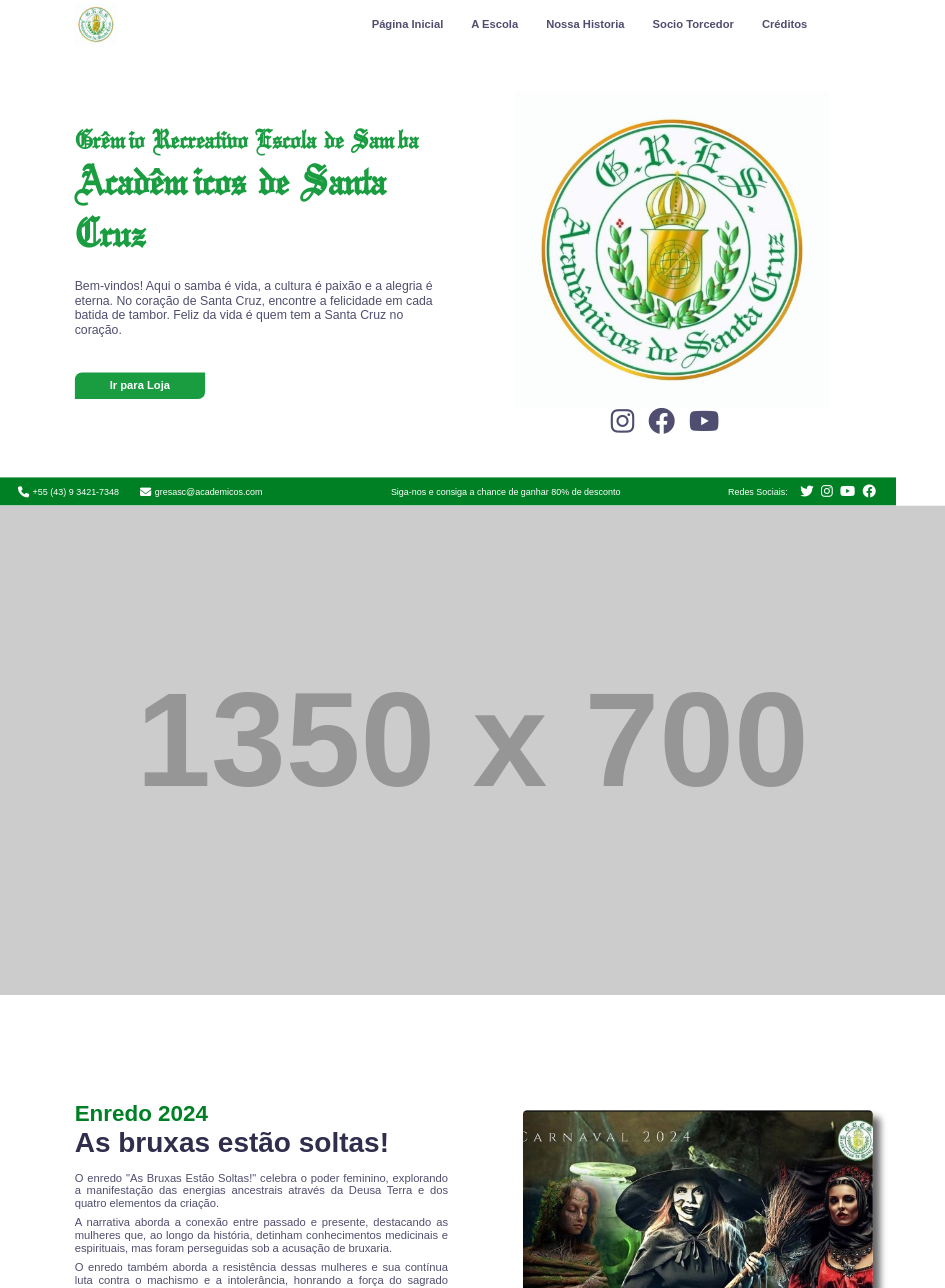
Repository: Lorsuz/gresasco
Page: index.html
These files come from the project's save history. The page is drawn as it stood at one moment and after a run of saves; the edit follows.
The browser window is 1280 px wide. The page is 1350 px wide, so the pictures cover 1350 px, including what lies to the right of the window. The pictures show the part of the page from y = 0 to 1840 px (the page is 4507 px tall before and 4525 px after), at 70% of full size.
Some web fonts or font styles are not loaded; a fallback is used. The style sheet was rebuilt from its Sass, Less or Tailwind sources for each picture, by a compiler version that may differ from the author's.

Above is the page before, as saved 2023-11-05 19:35:19.

### index.html
<!DOCTYPE html>
<html lang="en">
	<head>
		<meta charset="UTF-8">
		<meta name="viewport" content="width=device-width, initial-scale=1.0">
		<link rel="shortcut icon" href="/components/assets/images/logo - gresasc.jpg" type="image/x-icon">
		<title>Home</title>
		<link rel="stylesheet" href="/components/css/partials/header.css">
		<link rel="stylesheet" href="/components/css/index.css">
		<link rel="stylesheet" href="/components/css/partials/footer.css">
		<link rel="stylesheet" href="https://cdnjs.cloudflare.com/ajax/libs/font-awesome/6.4.2/css/all.min.css" integrity="sha512-z3gLpd7yknf1YoNbCzqRKc4qyor8gaKU1qmn+CShxbuBusANI9QpRohGBreCFkKxLhei6S9CQXFEbbKuqLg0DA==" crossorigin="anonymous" referrerpolicy="no-referrer" />
		<link rel="stylesheet" href="https://cdn.jsdelivr.net/npm/swiper@11/swiper-bundle.min.css" />
		<link rel="stylesheet" href="https://cdn.jsdelivr.net/npm/bootstrap-icons@1.11.1/font/bootstrap-icons.css">
	</head>
	<body>
		<header class="wrapper">
			<article class="nav-bar wrapper__container">
				<section class="logo">
					<img src="/components/assets/images/logo - gresasc.jpg" alt="">
				</section>
				<nav>
					<ul>
						<li><a href="#">Página Inicial</a></li>
						<li><a href="#">A Escola</a></li>
						<li><a href="#">Nossa Historia</a></li>
						<li><a href="#">Socio Torcedor</a></li>
						<li><a href="#">Créditos</a></li>
					</ul>
				</nav>
			</article>
		</header>
		<main class="">
			<section class="cover wrapper">
				<div class="wrapper__container">
					<div class="left">
						<div class="container">
							<h2>Grêmio Recreativo Escola de Samba</h2>
							<h1>Acadêmicos de Santa Cruz</h1>
							<p>Bem-vindos! Aqui o samba é vida, a cultura é paixão e a alegria é eterna. No coração de Santa Cruz,
								encontre a felicidade em cada batida de tambor. Feliz da vida é quem tem a Santa Cruz no coração.</p>
							<a href="/components/pages/not-found.html">Ir para Loja</a>
						</div>
					</div>
					<div class="right">
						<div class="img">
							<img src="/components/assets/images/logo - gresasc.jpg" alt="">
						</div>
						<ul class="social-links">
							<li>
								<a href="">
									<i class="fa-brands fa-instagram"></i>
								</a>
							</li>
							<li>
								<a href="">
									<i class="fa-brands fa-facebook"></i>
								</a>
							</li>
							<li>
								<a href="">
									<i class="fa-brands fa-youtube"></i>
								</a>
							</li>
							<li>
								<a href="">
									<i class="fa-brands fa-x-twitter"></i>
								</a>
							</li>
						</ul>
					</div>
				</div>
			</section>
			<article class="nav-info">
				<section class="contact">
					<div>
						<i class="fa-solid fa-phone"></i>
						<span>+55 (43) 9 3421-7348</span>
					</div>
					<div>
						<i class="fa-solid fa-envelope"></i>
						<span>gresasc@academicos.com</span>
					</div>
				</section>
				<p>Siga-nos e consiga a chance de ganhar 80% de desconto</p>
				<section class="social-network">
					<span>Redes Sociais:</span>
					<div>
						<a href=""><i class="fa-brands fa-twitter"></i></a>
						<a href=""><i class="fa-brands fa-instagram"></i></a>
						<a href=""><i class="fa-brands fa-youtube"></i></a>
						<a href=""><i class="fa-brands fa-facebook"></i></a>
					</div>
				</section>
			</article>
			<section class="banner">
				<div class="slides">
				</div>
				<div class="prev"></div>
				<div class="next"></div>
				<div class="pagination"></div>
				<div class="img"><img src="https://placehold.co/1350x700" alt=""></div>
			</section>
			<section class="plot wrapper">
				<div class="description">
					<h2>Enredo 2024</h2>
					<h1>As bruxas estão soltas!</h1>
					<p>O enredo "As Bruxas Estão Soltas!" celebra o poder feminino, explorando a manifestação das energias
						ancestrais através da Deusa Terra e dos quatro elementos da criação.
					</p>
					<p> A narrativa aborda a conexão entre passado e presente, destacando as mulheres que, ao longo da
						história,
						detinham conhecimentos medicinais e
						espirituais, mas foram perseguidas sob a acusação de bruxaria.
					</p>
					<p>O enredo também aborda a resistência dessas
						mulheres e sua contínua luta contra o machismo e a intolerância, honrando a força do sagrado feminino e
						a
						capacidade de voar além dos limites impostos, como estrelas brilhantes no céu.</p>
					<span>Iae, gostou? Para ter acesso a nossa sinopse completa basta baixar o PDF a baixo:</span>
					<button class="custom-button">Baixar Sinopse</button>
				</div>
				<div class="disc-cover">
					<img src="/components/assets/images/Plot/plot-2024.jpeg" alt="Logo Enredo-2024">
					<div class="icons">
						<button id="play-song">
							<i class="bi bi-play"></i>
						</button>
						<button id="pause-song">
							<i class="bi bi-pause"></i>
						</button>
					</div>
				</div>
			</section>
			<section class="sponsors">
				<h1>Patrocinadores e Apoiadores</h1>
				<div class="swiper">
					<div class="swiper-wrapper"></div>
					<div class="swiper-pagination"></div>
				</div>
			</section>
			<section class="details">
				<ul>
					<li>
						<h2>15</h2>
						<h3>Anos</h3>
					</li>
					<li>
						<h2>150K</h2>
						<h3>Membros</h3>
					</li>
					<li>
						<h2>15</h2>
						<h3>Trofeus</h3>
					</li>
					<li>
						<h2>100+</h2>
						<h3>Patrocinios</h3>
					</li>
				</ul>
			</section>
			<section class="contact">
				<div class="text">
					<h3>Formulario de contato</h3>
					<h2>Fale com nossa Agremiação</h2>
					<p></p>
					<ul class="info">
						<li><i class=""></i><span></span> +55 (43) 9 2573-7455</li>
						<li><i class=""></i><span></span> academicos@gmail.com</li>
						<li><i class=""></i><address></address></li>
					</ul>
					<div class="terms"></div>
				</div>
				<div class="form">
					< <form action="">
						<div>
							<label for=""></label>
							<input type="text" name="" id="" placeholder="">
						</div>
						<div>
							<label for=""></label>
							<input type="text" name="" id="" placeholder="">
						</div>
						<div>
							<label for=""></label>
							<input type="text" name="" id="" placeholder="">
						</div>
						<div>
							<label for=""></label>
							<textarea name="" id="" cols="30" rows="10"></textarea>
						</div>
						<button type="submit"></button>
						</form>
				</div>
			</section>
			<section class="map">
				<iframe src="https://www.google.com/maps/embed?pb=!1m18!1m12!1m3!1d3674.902216920123!2d-43.69324992558163!3d-22.916977238233624!2m3!1f0!2f0!3f0!3m2!1i1024!2i768!4f13.1!3m3!1m2!1s0x9bf7524c69eb5b%3A0xc5d324fb7fbbd336!2sR.%20do%20Imp%C3%A9rio%2C%20573%20-%20Santa%20Cruz%2C%20Rio%20de%20Janeiro%20-%20RJ%2C%2023555-024!5e0!3m2!1spt-BR!2sbr!4v1698871972883!5m2!1spt-BR!2sbr" width="600" height="450" style="border:0;" allowfullscreen="" loading="lazy" referrerpolicy="no-referrer-when-downgrade"></iframe>
			</section>
		</main>
		<footer>
			<h1>Grêmio Recreativo Escola de Samba Acadêmicos de Santa Cruz</h1>
			<p>Obrigado por nos visitar, esperamos ter lhe proporcionado uma experiencia incrivel</p>
			<section class="container wrapper">
				<article class="structure">
					<h2>O Site</h2>
					<ul>
						<li><a href="#">Página Inicial</a>
							<ul>
								<li><a href="">Capa</a></li>
								<li><a href="">Notícias</a></li>
								<li><a href="">Enredo</a></li>
								<li><a href="">Status</a></li>
								<li><a href="">Apoiadores</a></li>
								<li><a href="">Localização</a></li>
								<li><a href="">Contato</a></li>
							</ul>
						</li>
						<li><a href="#">A Escola</a>
							<ul>
								<li><a href="">Diretoria</a></li>
								<li><a href="">O Parvilhão</a></li>
								<li><a href="">A Torcida</a></li>
								<li><a href="">Desfile Conosco</a></li>
							</ul>
						</li>
						<li><a href="#">Nossa Historia</a>
							<ul>
								<li><a href="">A Fundação</a></li>
								<li><a href="">Colocações</a></li>
								<li><a href="">Presidentes</a></li>
								<li><a href="">Premiações</a></li>
							</ul>
						</li>
						<li><a href="#">Créditos</a>
							<ul>
								<li><a href="">Fotografias</a></li>
								<li><a href="">Dados de Desfiles</a></li>
								<li><a href="">Dev Team</a></li>
								<li><a href="">Termos de Uso</a></li>
								<li><a href="">Política de Privacidade</a></li>
							</ul>
						</li>
				</article>
				<article class="dev">
					<h2>Desenvolvido e realizado por:</h2>
					<div class="img"><img src="/components/assets/images/Logo/webpulse sem bg.png" alt="Logo do Desenvolvedor"></div>
					<h2>Cordenação:</h2>
					<img src="https://placehold.co/250x150" alt="Logo da Cordenação">
				</article>
				<article class="address">
					<img src="/components/assets/images/Logo/santa-cruz-logo-removebg-preview.png" alt="Logo da escola">
					<h2>QUADRA ACADÊMICOS</h2>
					<address>Rua do Império, nº 573; Santa Cruz, Rio de Janeiro - RJ; CEP 44.353-353</address>
				</article>
			</section>
		</footer>
		<script type="module" src="/components/js/index.js" deffer></script>
		<script src="https://cdn.jsdelivr.net/npm/swiper@11/swiper-bundle.min.js" deffer></script>
	</body>
</html>

### components/sass/partials/header.scss
@import url("./global.css");

header {
	* {
		color: rgb(218, 218, 218);
	}

	.nav-bar {
		display: flex;
		justify-content: space-between;
		align-items: center;

		section {
			height: 70px;

			&.logo {
				display: flex;
				align-items: center;
				justify-content: center;

				img {
					width: 60px;
					margin-right: 15px;
				}

				span {
					font-size: 2rem;
					color: var(--color-text-soft);
					font-weight: bold;
				}
			}

		}

		nav {
			display: flex;

			ul {
				display: flex;

				li {
					margin: 0 20px;

					a {
						color: var(--color-text-soft);
						font-weight: bold;
						position: relative;

						&::after {
							content: "";
							width: 0%;
							position: absolute;
							height: 3px;
							background: var(--color-primary-soft);
							top: 100%;
							left: 0;
							transition: 300ms ease-in-out;
							transform-origin: right;
						}

						&:hover::after {
							width: 100%;
						}
					}
				}
			}

		}
	}
}

### components/sass/partials/footer.scss
@import url('./global.css');

footer {
	background: #000;
	padding: 70px 20px;

	* {
		color: #fff;
	}

	h1 {
		text-align: center;
		margin-bottom: 20px;
	}
	>p{
		text-align: center;
		margin-bottom: 50px;
		color: var(--color-gray);
	}

	.container {
		grid-template-columns: repeat(3, 1fr);
		gap: 20px;


		article {
			display: flex;
			flex-direction: column;
			align-items: center;

			h2 {
				font-size: 1.3rem;
				margin-bottom: 10px;
			}

			&.structure {
				grid-column: 1fr;

				> ul {
					display: grid;
					grid-template-columns: 1fr 1fr;
					justify-content: center;
					gap: 20px;

					> li {
						display: inline-block;
						grid-column: 1fr;

						> a {
							color: var(--color-primary-soft);
							font-size: 1rem;
							display: block;
							margin-bottom: 10px;
							font-weight: bold;

							&:hover {
								color: var(--color-primary);
								text-decoration: underline;

							}
						}

						> ul {
							> li {
								padding-left: 10px;

								> a {
									color: var(--color-gray);
									font-size: 0.9rem;
									margin-bottom: 5px;
									display: block;

									&:hover {
										color: var(--color-white);
										text-decoration: underline;
									}
								}
							}
						}
					}
				}
			}

			&.dev {
				grid-column: 1fr;

				.img {
					overflow: hidden;
					display: flex;
					align-items: center;
					justify-content: center;
					width: 305px;
					height: 100px;
					position: relative;
					margin-bottom: 25px;



					img {
						width: 500px;
						position: absolute;
						// clip-path: polygon(19% 30%, 81% 30%, 81% 70%, 19% 70%);
					}
				}

			}

			&.address {
				grid-column: 1fr;

				img {
					width: 150px;
					margin-bottom: 30px;
					border-radius: 50%;
					margin-bottom: 25px;
					background: #fff;
					width: 150px;
				}

				address {
					text-align: center;
					width: 80%;
					line-height: 25px;
		color: var(--color-gray);

				}

			}
		}
	}
}

### components/sass/partials/global.scss
@import url("https://fonts.googleapis.com/css2?family=Clicker+Script&display=swap");
@import url('https://fonts.googleapis.com/css2?family=Poppins:ital,wght@0,100;0,200;0,300;0,400;0,500;0,600;0,700;0,800;0,900;1,100;1,200;1,300;1,400;1,500;1,600;1,700;1,800;1,900&display=swap');

@font-face {
	font-family: wedding;
	src: url("/components/assets/fonts/Wedding\ Text\ Std\ Regular.otf");
}

@font-face {
	font-family: Poppins;
	src: url("https://fonts.googleapis.com/css2?family=Poppins:ital,wght@0,100;0,200;0,300;0,400;0,500;0,600;0,700;0,800;0,900;1,100;1,200;1,300;1,400;1,500;1,600;1,700;1,800;1,900&display=swap");
}

// @import "./animations/@keyframes.css";

:root {

	--color-primary: #008025;
	--color-black: #000000;
	--color-white: #ffffff;
	--color-gray: #a0a0a0;
	--color-text: #302e4d;

	--color-primary-soft: #1a9d40;
	--color-black-soft: #252525;
	--color-white-soft: #f2f2fc;
	--color-gray-soft: #e8dfec;
	--color-text-soft: #504e70;
}

button {
	cursor: pointer;

	* {
		cursor: pointer;
	}

	i {
		color: var(--color-primary);
		font-size: 25px;
		transition: transform 500ms ease-in-out;
	}
}

* {
	margin: 0;
	padding: 0;
	outline: none;
	border: none;
	text-decoration: none;
	box-sizing: border-box;
	list-style: none;
	font-family: "Poppins", sans-serif;
	font-family: Arial, Helvetica, sans-serif;
	transition: 300ms ease-in-out;
	// outline: 1px dotted var(--color-black-soft);
	color: var(--color-black-soft);
	background: transparent;
}

body {
	width: 100vw;
	overflow-x: hidden;

	&::-webkit-scrollbar {
		width: 5px;
	}

	&::-webkit-scrollbar-track {
		background: var(--background-middle);
	}

	&::-webkit-scrollbar-thumb {
		background: var(--color-primary);
		border-radius: 10px;
	}
}

main {
	min-height: 100vh;

}

.wrapper {
	display: grid;
	grid-template-columns: repeat(12, 1fr);

	.wrapper__container {
		grid-column: 2 / 12;
	}
}

.custom-button {
	display: inline-block;
	padding: 10px 50px;
	background: var(--color-primary-soft);
	color: var(--color-white);
	font-weight: bold;
	border-radius: 10px 0;
	font-size: 1.1rem;

	&:hover {
		background: var(--color-primary);
		border-radius: 0px 10px;
	}
}

Loaded but not shown: components/json/data.json (32 lines, source omitted); components/js/classes/SwiperConfigSponsors.js (34 lines, source omitted); components/js/APIs/Sponsors.js (19 lines, source omitted); components/js/functions/Swiper.js (7 lines, source omitted); components/js/index.js (1 lines, source omitted); components/sass/index.scss (379 lines, source omitted)

After the next 8 saves:
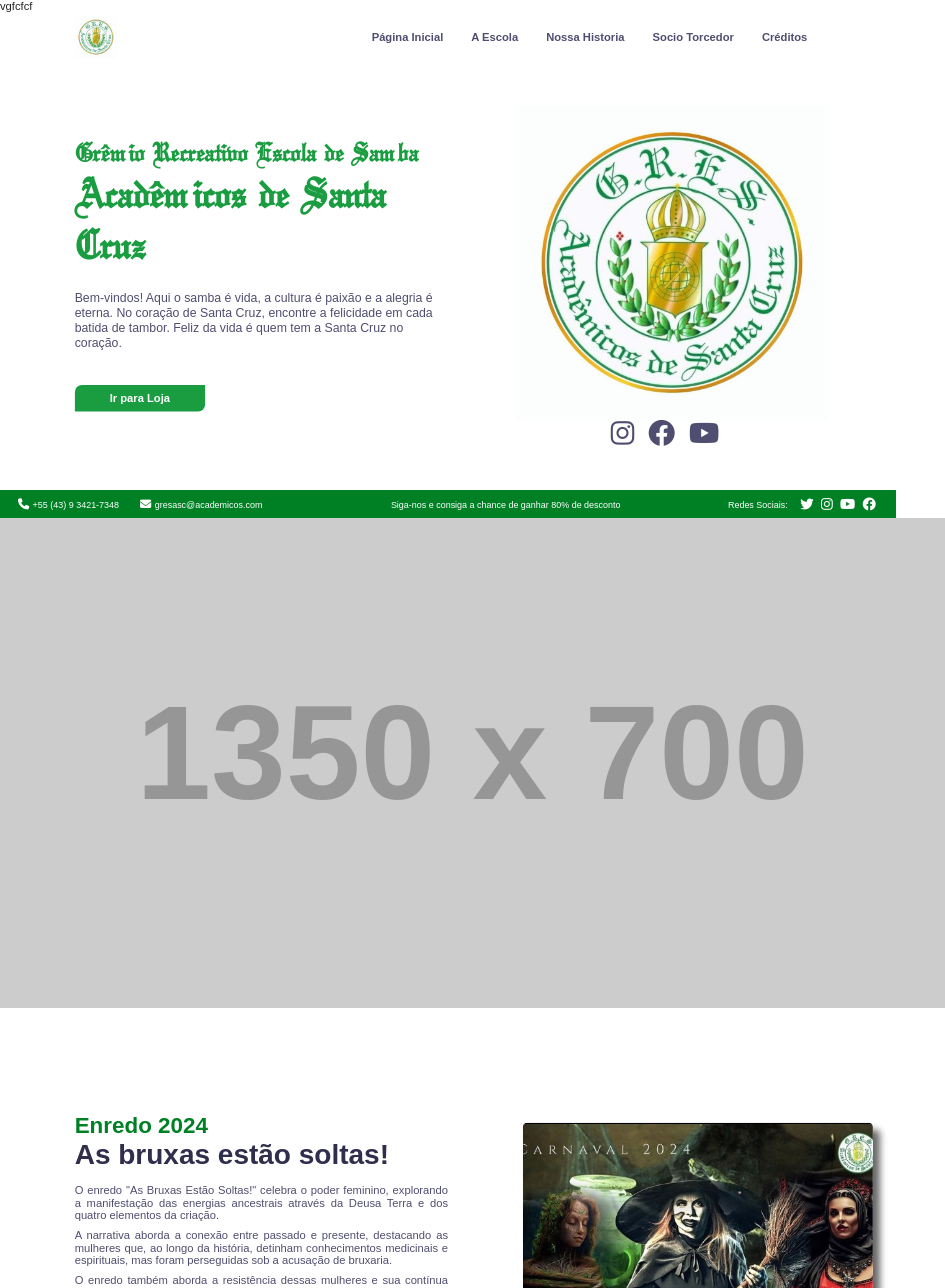
The 8 saves are shown as one change because they came seconds apart.
The last was saved 7 h 35 min later.
--- a/index.html
+++ b/index.html
@@ -1,6 +1,6 @@
 <!DOCTYPE html>
 <html lang="en">
-	<head>
+	<head>vgfcfcf
 		<meta charset="UTF-8">
 		<meta name="viewport" content="width=device-width, initial-scale=1.0">
 		<link rel="shortcut icon" href="/components/assets/images/logo - gresasc.jpg" type="image/x-icon">

After the 4 saves that followed:
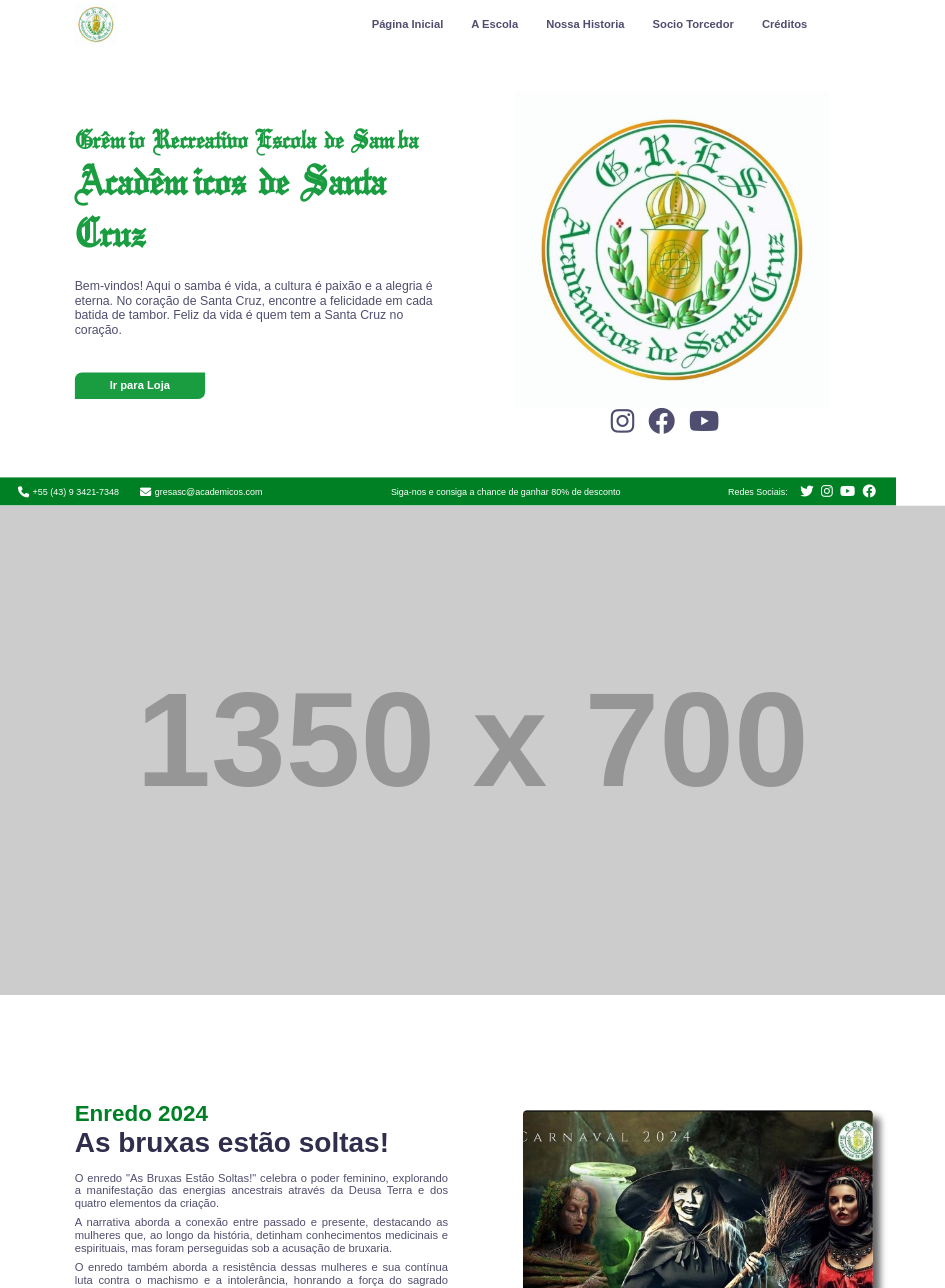
The 4 saves are shown as one change because they came seconds apart.
The last was saved 7 s later.
--- a/index.html
+++ b/index.html
@@ -1,6 +1,6 @@
 <!DOCTYPE html>
 <html lang="en">
-	<head>vgfcfcf
+	<head>
 		<meta charset="UTF-8">
 		<meta name="viewport" content="width=device-width, initial-scale=1.0">
 		<link rel="shortcut icon" href="/components/assets/images/logo - gresasc.jpg" type="image/x-icon">
